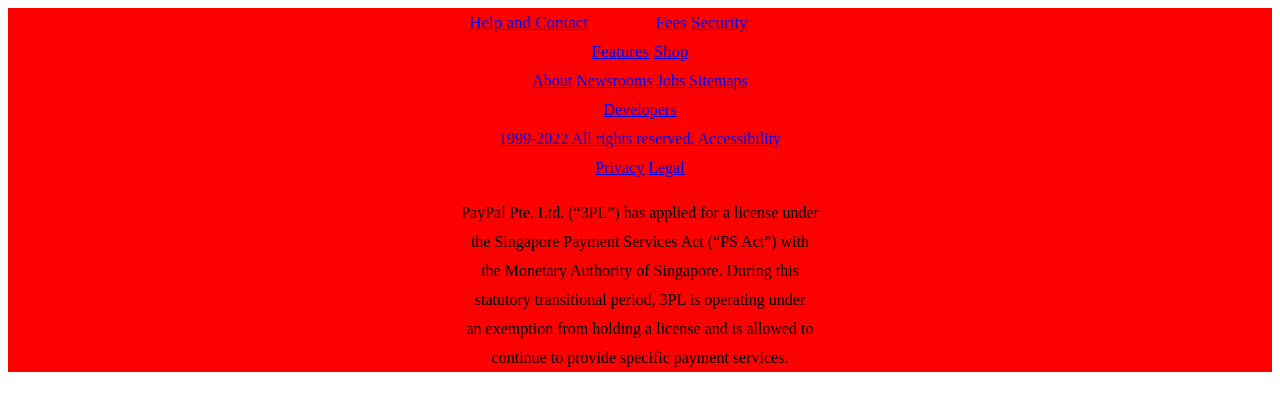
Repository: Jayeola3/Paypal
Page: text.html
An editor plug-in stored every save of this project. The page is shown before and after the next save, followed by the edit.
The browser window is 1280 px wide. The pictures show the whole page.

Above is the page before, as saved 2022-06-29 13:30:28.

### text.html
<!DOCTYPE html>
<html lang="en">
<head>
    <meta charset="UTF-8">
    <meta http-equiv="X-UA-Compatible" content="IE=edge">
    <meta name="viewport" content="width=device-width, initial-scale=1.0">
    <title>Document</title>
</head>
<body>
    <div class="moves">
        <a href="http://" class="lin">Help and Contact</a>
        <a href="http://" class="win"> Fees</a>
        <a href="http://" class="gin">Security</a> <br>
        <a href="http://" class="sin">Features</a>
        <a href="http://" class="qin">Shop</a><br>
    </div>
    <div class="bout">
        <a href="http://" class="bin">About</a>
        <a href="http://" class="won">Newsrooms</a>
        <a href="http://" class="gon">Jobs</a>
        <a href="http://" class="son">Sitemaps</a><br>
        <a href="http://" class="qon">Developers</a><br>
        <a href="http://" class="rights">1999-2022 All rights reserved.</a>
        <a href="http://" class="access">Accessibility</a><br>
        <a href="http://" class="privacy">Privacy</a>
        <a href="http://" class="legal">Legal</a>
        <p class="limited">PayPal Pte. Ltd. (“3PL”) has applied for a license under<br> the Singapore Payment Services Act (“PS Act”) with<br> the Monetary Authority of Singapore. During this<br> statutory transitional period, 3PL is operating under<br> an exemption from holding a license and is allowed to<br> continue to provide specific payment services.</p>
    <style>
        .lin{
            position: relative;
            left:-5%;
        }
        .moves{
            background-color: red;
            width: 100%;
            line-height: 29px;
            text-align: center;
            font-size: 17px;
        }
        .bout{
            background-color: red;
            width: 100%;
            line-height: 29px;
            text-align: center;
    </style>
</body>
</html>

After the next save:
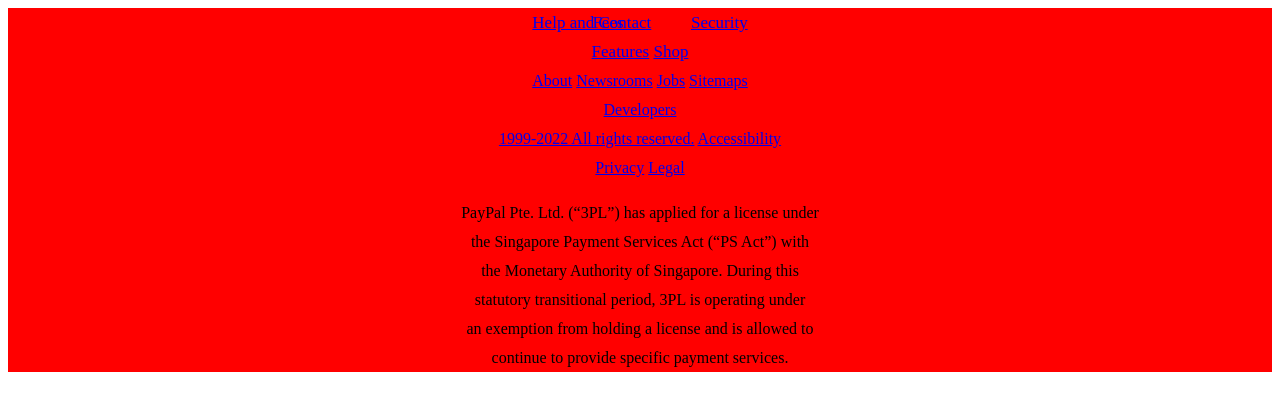
Saved 2 min 33 s later.
--- a/text.html
+++ b/text.html
@@ -8,8 +8,8 @@
 </head>
 <body>
     <div class="moves">
-        <a href="http://" class="lin">Help and Contact</a>
-        <a href="http://" class="win"> Fees</a>
+        <a href="http://" class="Contact">Help and Contact</a>
+        <a href="http://" class="fee"> Fees</a>
         <a href="http://" class="gin">Security</a> <br>
         <a href="http://" class="sin">Features</a>
         <a href="http://" class="qin">Shop</a><br>
@@ -26,7 +26,11 @@
         <a href="http://" class="legal">Legal</a>
         <p class="limited">PayPal Pte. Ltd. (“3PL”) has applied for a license under<br> the Singapore Payment Services Act (“PS Act”) with<br> the Monetary Authority of Singapore. During this<br> statutory transitional period, 3PL is operating under<br> an exemption from holding a license and is allowed to<br> continue to provide specific payment services.</p>
     <style>
-        .lin{
+        .contact{
+            position: relative;
+            left:-5%;
+        }
+        .fee{
             position: relative;
             left:-5%;
         }
